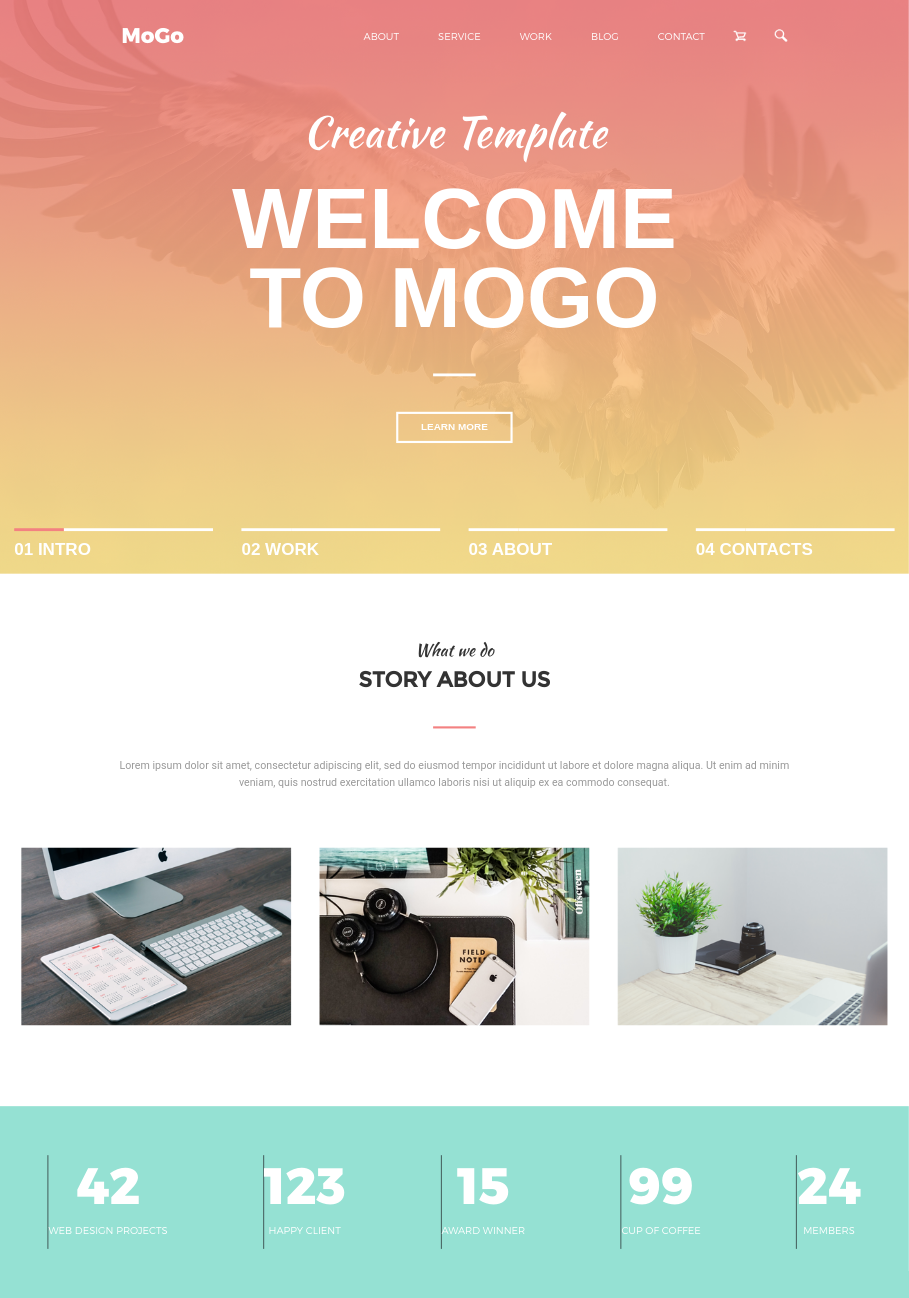
Repository: RaffiBarseghyan/mogo
Page: /
An editor plug-in stored every save of this project. The page is shown before and after a run of saves, followed by the edit.
The browser window is 1280 px wide. The pictures show the whole page, at 71% of full size.
The project was rebuilt for these pictures with package versions that can differ from the ones it lists, and the page was loaded fresh each time.

Above is the page before, as saved 2023-05-11 17:54:35.

After the next 2 saves:
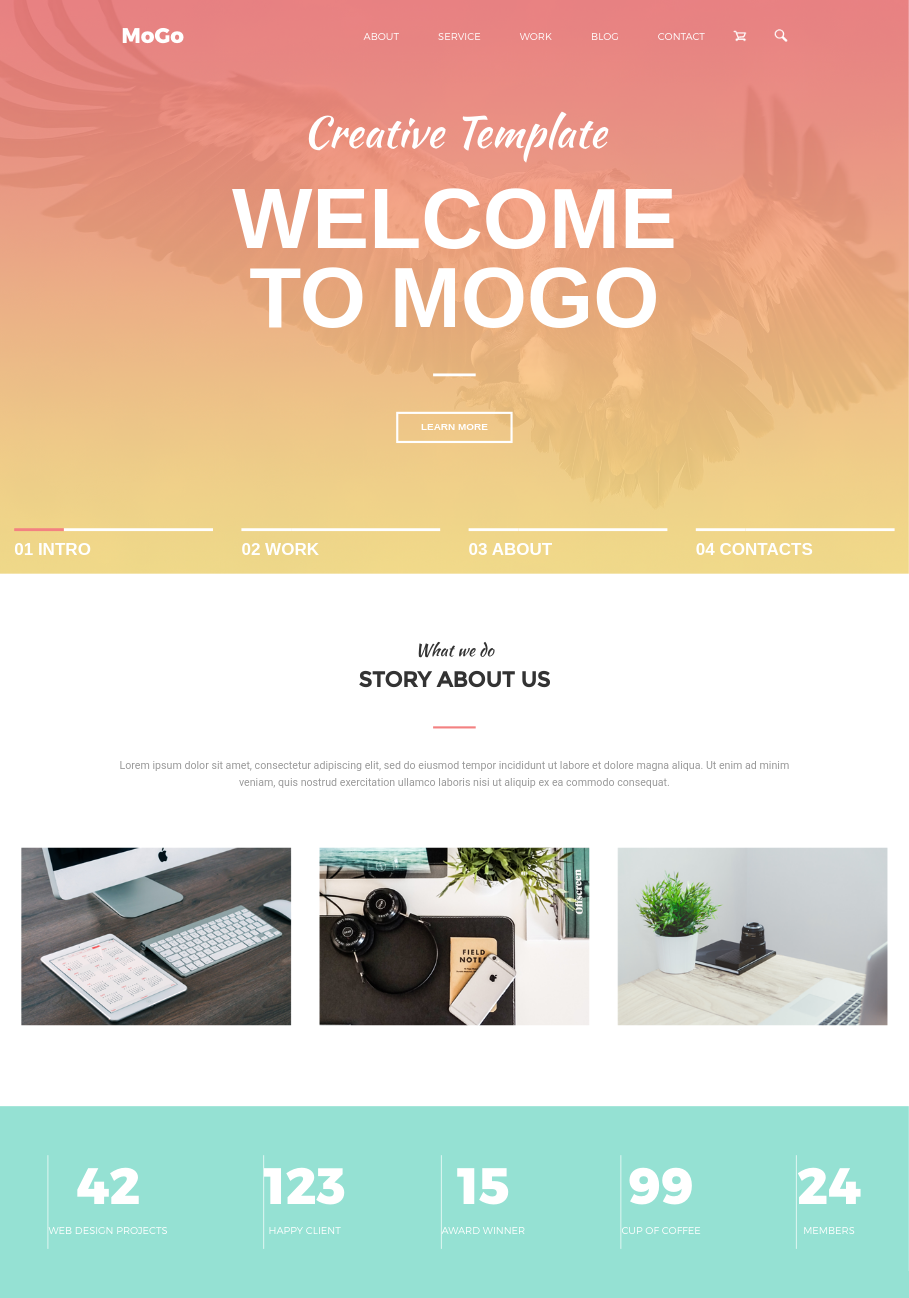
The 2 saves are shown as one change because they came seconds apart.
The last was saved 14 s later.
--- a/src/Pages/AboutUs/aboutUs.module.scss
+++ b/src/Pages/AboutUs/aboutUs.module.scss
@@ -137,6 +137,6 @@
     text-align: center;
   }
   div{
-    border-left: 1px solid;
+    border-left: 1px solid #ffffff;
   }
 }
